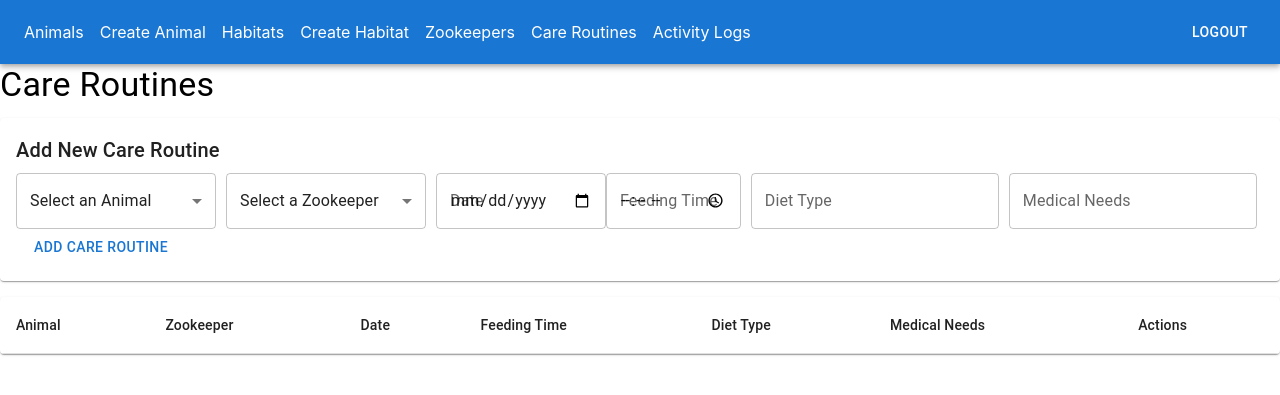
Repository: maomao7788/Digital-Zoo-Management1
Page: /care_routines (app in frontend/)
An editor plug-in stored every save of this project. The page is shown before and after the next save, followed by the edit.
The browser window is 1280 px wide. The pictures show the whole page.
The page's requests for data from a server got no answer. The project was rebuilt for these pictures with package versions that can differ from the ones it lists, and the page was loaded fresh each time. No one was signed in, and anything a server would have sent is missing. Also part of the build but not shown: frontend/src/pages/AnimalList.tsx, frontend/src/pages/CreateAnimal.tsx, frontend/src/pages/Login.tsx, frontend/src/components/PrivateRoute.tsx, frontend/src/pages/EditAnimal.tsx, frontend/src/pages/HabitatList.tsx, frontend/src/pages/CreateHabitat.tsx, frontend/src/pages/EditHabitat.tsx and 3 more.

Above is the page before, as saved 2025-03-04 22:33:35.

### frontend/src/index.tsx
  import React from 'react';
  import ReactDOM from 'react-dom/client';
  import './index.css';
  import App from './App';
  import reportWebVitals from './reportWebVitals';

  const root = ReactDOM.createRoot(
    document.getElementById('root') as HTMLElement
  );
  root.render(
    <React.StrictMode>
      <App />
    </React.StrictMode>
  );

  // If you want to start measuring performance in your app, pass a function
  // to log results (for example: reportWebVitals(console.log))
  // or send to an analytics endpoint. Learn more: https://bit.ly/CRA-vitals
  reportWebVitals();

### frontend/src/App.tsx
import { BrowserRouter as Router, Route, Routes, useNavigate } from 'react-router-dom';
import AnimalList from './pages/AnimalList';
import CreateAnimal from './pages/CreateAnimal';
import Login from './pages/Login';
import PrivateRoute from './components/PrivateRoute';
import { AppBar, Toolbar, Link, Button, Box } from '@mui/material';
import { logout } from './services/authApi';
import EditAnimal from './pages/EditAnimal';
import HabitatList from './pages/HabitatList';
import CreateHabitat from './pages/CreateHabitat';
import EditHabitat from './pages/EditHabitat';
import EditZookeeper from './pages/EditZookeeper';
import ZookeeperPage from './pages/ZookeeperPage';
import CareRoutinePage from './pages/CareRoutinePage';
import ActivityLogPage from './pages/ActivityLogPage';
import { Link as RouterLink } from 'react-router-dom';


function App() {
  const handleLogout = () => {
    logout();
    window.location.href = '/login';
  };

  return (
    <Router>
      <AppBar position="static">
        <Toolbar>
          <Link href="/" color="inherit" underline="none" sx={{ mr: 2 }}>Animals</Link>
          <Link href="/create" color="inherit" underline="none" sx={{ mr: 2 }}>Create Animal</Link>
          <Link href="/habitats" color="inherit" underline="none" sx={{ mr: 2 }}>Habitats</Link>
          <Link href="/create-habitat" color="inherit" underline="none" sx={{ mr: 2 }}>Create Habitat</Link>
          <Link component={RouterLink} to="/zookeepers" color="inherit" underline="none" sx={{ mr: 2 }}>Zookeepers</Link>
          <Link component={RouterLink} to="/care_routines" color="inherit" underline="none" sx={{ mr: 2 }}>Care Routines</Link>
          <Link component={RouterLink} to="/activity_logs" color="inherit" underline="none" sx={{ mr: 2 }}>Activity Logs</Link>

          <Box sx={{ flexGrow: 1 }}></Box>
          <Button color="inherit" onClick={handleLogout}>Logout</Button>
        </Toolbar>
      </AppBar>

      <Routes>
        <Route path="/login" element={<Login />} />
        <Route path="/" element={<PrivateRoute><AnimalList /></PrivateRoute>} />
        <Route path="/create" element={<PrivateRoute><CreateAnimal /></PrivateRoute>} />
        <Route path="/edit/:id" element={<EditAnimal />} />
        <Route path="/habitats" element={<PrivateRoute><HabitatList /></PrivateRoute>} />
        <Route path="/create-habitat" element={<PrivateRoute><CreateHabitat /></PrivateRoute>} />
        <Route path="/edit-habitat/:id" element={<PrivateRoute><EditHabitat /></PrivateRoute>} />
        <Route path="/zookeepers" element={<ZookeeperPage />} />
        <Route path="/care_routines" element={<CareRoutinePage />} />
        <Route path="/activity_logs" element={<ActivityLogPage />} />
        <Route path="/edit-zookeeper/:id" element={<EditZookeeper />} />



      </Routes>
    </Router>
  );
}

export default App;

### frontend/src/services/authApi.ts
import axios from 'axios';

const api = axios.create({
  baseURL: 'http://localhost:8000/zoo/api/',
});

export const login = (username: string, password: string) => {
  return api.post('token/', { username, password });
};

export const register = (username: string, email: string, password: string) => {
  return api.post('register/', { username, email, password });
};

export const logout = () => {
  localStorage.removeItem('access_token');
  localStorage.removeItem('refresh_token');
};

### frontend/src/pages/CareRoutinePage.tsx
import React, { useEffect, useState } from 'react';
import { getCareRoutines, createCareRoutine, deleteCareRoutine, getAnimals, getZookeepers,sendTaskEmail } from '../services/api';
import {
  Table,
  TableBody,
  TableCell,
  TableContainer,
  TableHead,
  TableRow,
  Paper,
  Typography,
  Button,
  Select,
  MenuItem,
  TextField
} from '@mui/material';
interface Animal {
  id: number;
  name: string;
}
interface User {
    id: number;
    username: string;
    email: string;
  }
interface Zookeeper {
  id: number;
  user: {
    username: string;
  };
  user_info: User | null;
}

interface CareRoutine {
  id?: number;
  animal: number;
  feeding_time: string;
  diet_type: string;
  medical_needs: string;
  zookeeper: number;
  date:string;
}

const CareRoutinePage: React.FC = () => {
  const [careRoutines, setCareRoutines] = useState<CareRoutine[]>([]);
  const [animals, setAnimals] = useState<Animal[]>([]);
  const [zookeepers, setZookeepers] = useState<Zookeeper[]>([]);
  const [newCareRoutine, setNewCareRoutine] = useState<CareRoutine>({
    animal: 0,
    feeding_time: '',
    diet_type: '',
    medical_needs: '',
    zookeeper: 0,
    date: ''
  });

  useEffect(() => {
    loadCareRoutines();
    loadAnimals();
    loadZookeepers();
  }, []);

  const loadCareRoutines = async () => {
    try {
      const response = await getCareRoutines();
      setCareRoutines(response.data);
    } catch (error) {
      console.error('Failed to fetch care routines:', error);
    }
  };

  const loadAnimals = async () => {
    try {
      const response = await getAnimals();
      setAnimals(response.data);
    } catch (error) {
      console.error('Failed to fetch animals:', error);
    }
  };


  const loadZookeepers = async () => {
    try {
      const response = await getZookeepers();
      setZookeepers(response.data);
    } catch (error) {
      console.error('Failed to fetch zookeepers:', error);
    }
  };

  const handleCreateCareRoutine = async () => {
    try {
      if (!newCareRoutine.animal || !newCareRoutine.zookeeper || !newCareRoutine.date) {
        alert("Please select an animal, a zookeeper, and a date.");
        return;
      }

      await createCareRoutine(newCareRoutine);
      alert("Care Routine created successfully!");

      setNewCareRoutine({
        animal: 0,
        feeding_time: '',
        diet_type: '',
        medical_needs: '',
        zookeeper: 0,
        date: ''
      });

      loadCareRoutines();
    } catch (error) {
      console.error('Failed to create care routine:', error);
      alert("Failed to create Care Routine ");
    }
  };

  const handleDeleteCareRoutine = async (id: number) => {
    const confirmDelete = window.confirm("Are you sure you want to delete this Care Routine? ");
    if (!confirmDelete) return;

    try {
      await deleteCareRoutine(id);
      alert("Care Routine deleted successfully! ");
      loadCareRoutines();
    } catch (error) {
      console.error('Failed to delete care routine:', error);
      alert("Failed to delete Care Routine ");
    }
  };
  const handleSendEmail = async (id: number) => {
    try {
      await sendTaskEmail(id);
      alert("Email sent successfully!");
    } catch (error) {
      console.error('Failed to send email:', error);
      alert("Failed to send email ");
    }
  };
  return (
    <div>
      <Typography variant="h4" gutterBottom>
        Care Routines
      </Typography>
      <Paper sx={{ padding: 2, marginBottom: 2 }}>
        <Typography variant="h6" gutterBottom>
          Add New Care Routine
        </Typography>
        <Select
          value={newCareRoutine.animal}
          onChange={(e) => setNewCareRoutine({ ...newCareRoutine, animal: Number(e.target.value) })}
          displayEmpty
          style={{ marginRight: 10, minWidth: 200 }}
        >
          <MenuItem value={0}>Select an Animal</MenuItem>
          {animals.map((animal) => (
            <MenuItem key={animal.id} value={animal.id}>{animal.name}</MenuItem>
          ))}
        </Select>

        <Select
            value={newCareRoutine.zookeeper}
            onChange={(e) => {
                console.log("Selected Zookeeper ID:", e.target.value);
                setNewCareRoutine({ ...newCareRoutine, zookeeper: Number(e.target.value) });
            }}
            displayEmpty
            style={{ marginRight: 10, minWidth: 200 }}
            >
            <MenuItem value={0}>Select a Zookeeper</MenuItem>
            {zookeepers.map((keeper) => (
                <MenuItem key={keeper.id} value={keeper.id}>
                {keeper.user_info?.username || "Unknown"}
                </MenuItem>
            ))}
        </Select>
        <TextField
            type="date"
            label="Date"
            value={newCareRoutine.date}
            onChange={(e) => setNewCareRoutine({ ...newCareRoutine, date: e.target.value })}
        />
        <TextField
          type="time"
          label="Feeding Time"
          value={newCareRoutine.feeding_time}
          onChange={(e) => setNewCareRoutine({ ...newCareRoutine, feeding_time: e.target.value })}
          style={{ marginRight: 10 }}
        />
        <TextField
          label="Diet Type"
          value={newCareRoutine.diet_type}
          onChange={(e) => setNewCareRoutine({ ...newCareRoutine, diet_type: e.target.value })}
          style={{ marginRight: 10 }}
        />
        <TextField
          label="Medical Needs"
          value={newCareRoutine.medical_needs}
          onChange={(e) => setNewCareRoutine({ ...newCareRoutine, medical_needs: e.target.value })}
        />
        <Button  onClick={handleCreateCareRoutine} style={{ marginLeft: 10 }}>
          Add Care Routine
        </Button>
      </Paper>
      <TableContainer component={Paper}>
        <Table>
          <TableHead>
            <TableRow>
              <TableCell>Animal</TableCell>
              <TableCell>Zookeeper</TableCell>
              <TableCell>Date</TableCell>
              <TableCell>Feeding Time</TableCell>
              <TableCell>Diet Type</TableCell>
              <TableCell>Medical Needs</TableCell>
              <TableCell>Actions</TableCell>
            </TableRow>
          </TableHead>
          <TableBody>
            {careRoutines.map((routine) => (
              <TableRow key={routine.id}>
                <TableCell>{animals.find(a => a.id === routine.animal)?.name || "Unknown"}</TableCell>
                <TableCell>{zookeepers.find(z => z.id === routine.zookeeper)?.user_info?.username || "Unknown"}</TableCell>
                <TableCell>{routine.date}</TableCell>
                <TableCell>{routine.feeding_time}</TableCell>
                <TableCell>{routine.diet_type}</TableCell>
                <TableCell>{routine.medical_needs}</TableCell>
                <TableCell>
                  <Button  onClick={() => handleDeleteCareRoutine(routine.id!)}>Delete</Button></TableCell>
                  <TableCell><Button variant="contained" color="primary" onClick={() => handleSendEmail(routine.id!)}>Send Email</Button></TableCell>
              </TableRow>
            ))}
          </TableBody>
        </Table>
      </TableContainer>
    </div>
  );
};

export default CareRoutinePage;

### frontend/src/services/api.ts
import axios from 'axios';

const api = axios.create({
  baseURL: 'http://localhost:8000/zoo/api/',
});
api.interceptors.request.use(
  (config) => {
    const token = localStorage.getItem('token');
    if (token) {
      config.headers.Authorization = `Bearer ${token}`;
    }
    return config;
  },
  (error) => Promise.reject(error)
);


api.interceptors.response.use(
  (response) => response,
  (error) => {
    if (error.response && error.response.status === 401) {
      localStorage.removeItem('token');
      window.location.href = '/login';
    }
    return Promise.reject(error);
  }
);
export const getAnimals = () => api.get('animals/');
export const getAnimalById = (id: number) => api.get(`animals/${id}/`);
export const createAnimal = (data: object) => api.post('animals/', data);
export const updateAnimal = (id: number, data: object) => api.put(`animals/${id}/`, data);
export const deleteAnimal = (id: number) => api.delete(`animals/${id}/`);
export const getHabitats = () => api.get('habitats/');
export const createHabitat = (data: any) => api.post('habitats/', data);
export const updateHabitat = (id: number, data: any) => api.put(`habitats/${id}/`, data);
export const deleteHabitat = (id: number) => api.delete(`habitats/${id}/`);

export const getZookeepers = () => api.get('zookeepers/');
export const getZookeeperById = (id: number) => api.get(`zookeepers/${id}/`);
export const createZookeeper = (data: { user: number, role: string, qualifications: string, responsibilities: string, email: string }) => api.post('zookeepers/', data);
export const updateZookeeper = (id: number, data: object) => api.put(`zookeepers/${id}/`, data);
export const deleteZookeeper = (id: number) => api.delete(`zookeepers/${id}/`);

export const getCareRoutines = async () => api.get('care-routines/');
export const createCareRoutine = async (data: object) => api.post('care-routines/', data);
export const deleteCareRoutine = async (id: number) => api.delete(`care-routines/${id}/`);

export const getTasks = async () => api.get('tasks/');
export const getTaskById = async (id: number) => api.get(`tasks/${id}/`);
export const createTask = async (data: object) => api.post('tasks/', data);
export const updateTaskStatus = async (id: number, status: string) =>api.put(`tasks/${id}/`, { status });
export const deleteTask = async (id: number) => api.delete(`tasks/${id}/`);

export const getActivityLogs = async () => api.get('activity-logs/');
export const sendTaskEmail = (routineId: number) =>api.post(`send-task-email/${routineId}/`);

export const getUsers = () => api.get('users/');
export default api;

Loaded but not shown: frontend/public/index.html (common file); frontend/src/index.css (common file); frontend/src/reportWebVitals.ts (common file)

After the next save:
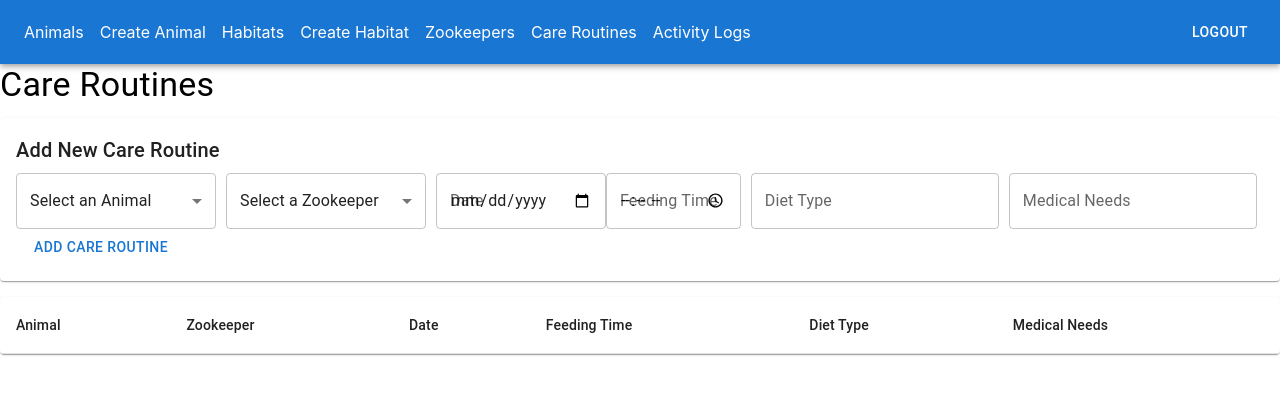
Saved 24 s later.
--- a/frontend/src/pages/CareRoutinePage.tsx
+++ b/frontend/src/pages/CareRoutinePage.tsx
@@ -211,7 +211,6 @@ const CareRoutinePage: React.FC = () => {
               <TableCell>Feeding Time</TableCell>
               <TableCell>Diet Type</TableCell>
               <TableCell>Medical Needs</TableCell>
-              <TableCell>Actions</TableCell>
             </TableRow>
           </TableHead>
           <TableBody>
@@ -225,7 +224,7 @@ const CareRoutinePage: React.FC = () => {
                 <TableCell>{routine.medical_needs}</TableCell>
                 <TableCell>
                   <Button  onClick={() => handleDeleteCareRoutine(routine.id!)}>Delete</Button></TableCell>
-                  <TableCell><Button variant="contained" color="primary" onClick={() => handleSendEmail(routine.id!)}>Send Email</Button></TableCell>
+                  <TableCell><Button onClick={() => handleSendEmail(routine.id!)}>Send Email</Button></TableCell>
               </TableRow>
             ))}
           </TableBody>
